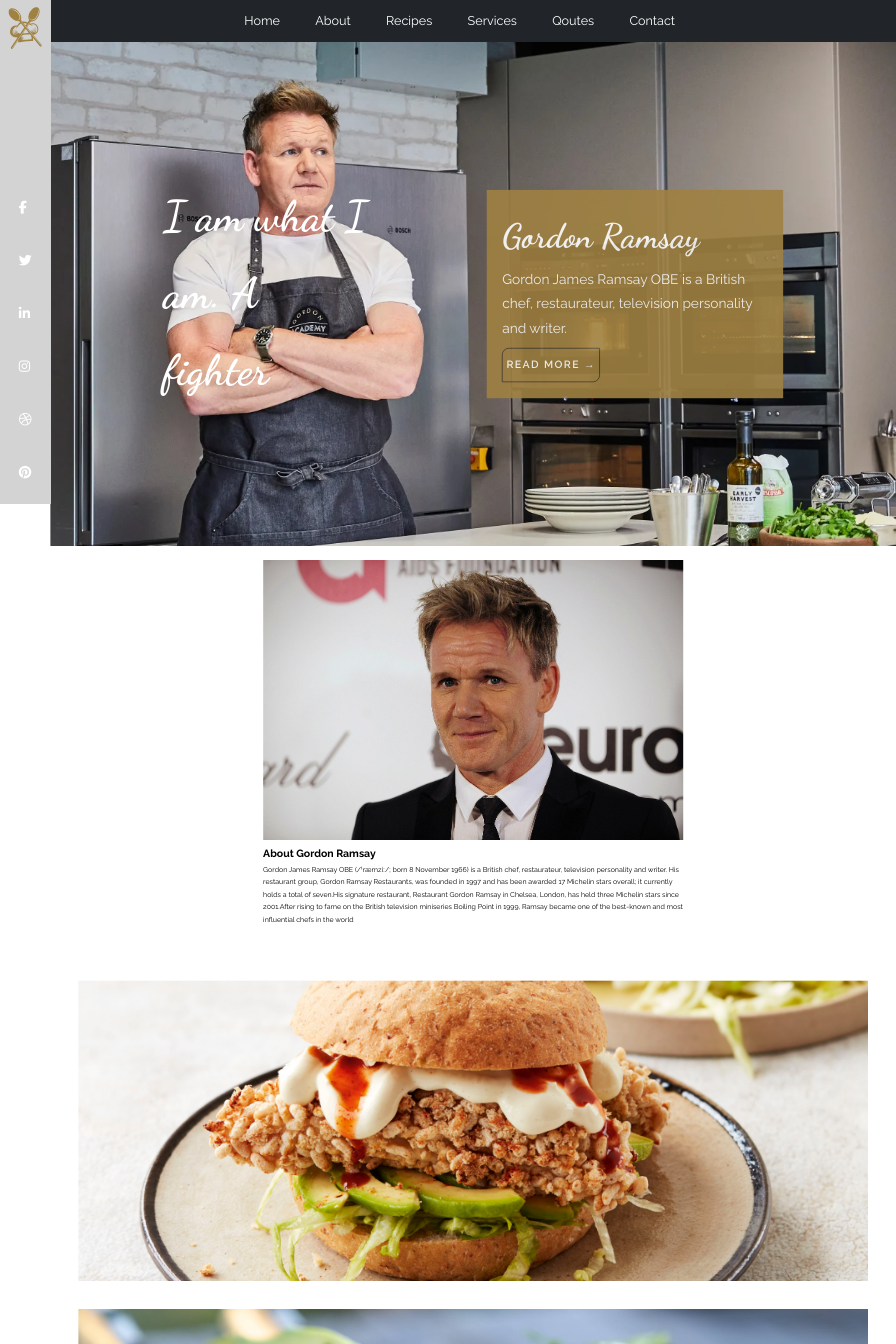
Repository: Esraa22M/Gordon-Ramsay-Biography
Page: index.html
The author's editor kept a copy of each file at every save. The page is drawn from the files as they stood at one save, then again after the next save.
The browser window is 1280 px wide. The pictures show the part of the page from y = 0 to 1920 px (the page is 4638 px tall), at 70% of full size.
Backgrounds fixed to the window are drawn as part of the page. Some web libraries are served in a nearby version.

Above is the page before, as saved 2022-12-14 05:54:24.

After the next save:
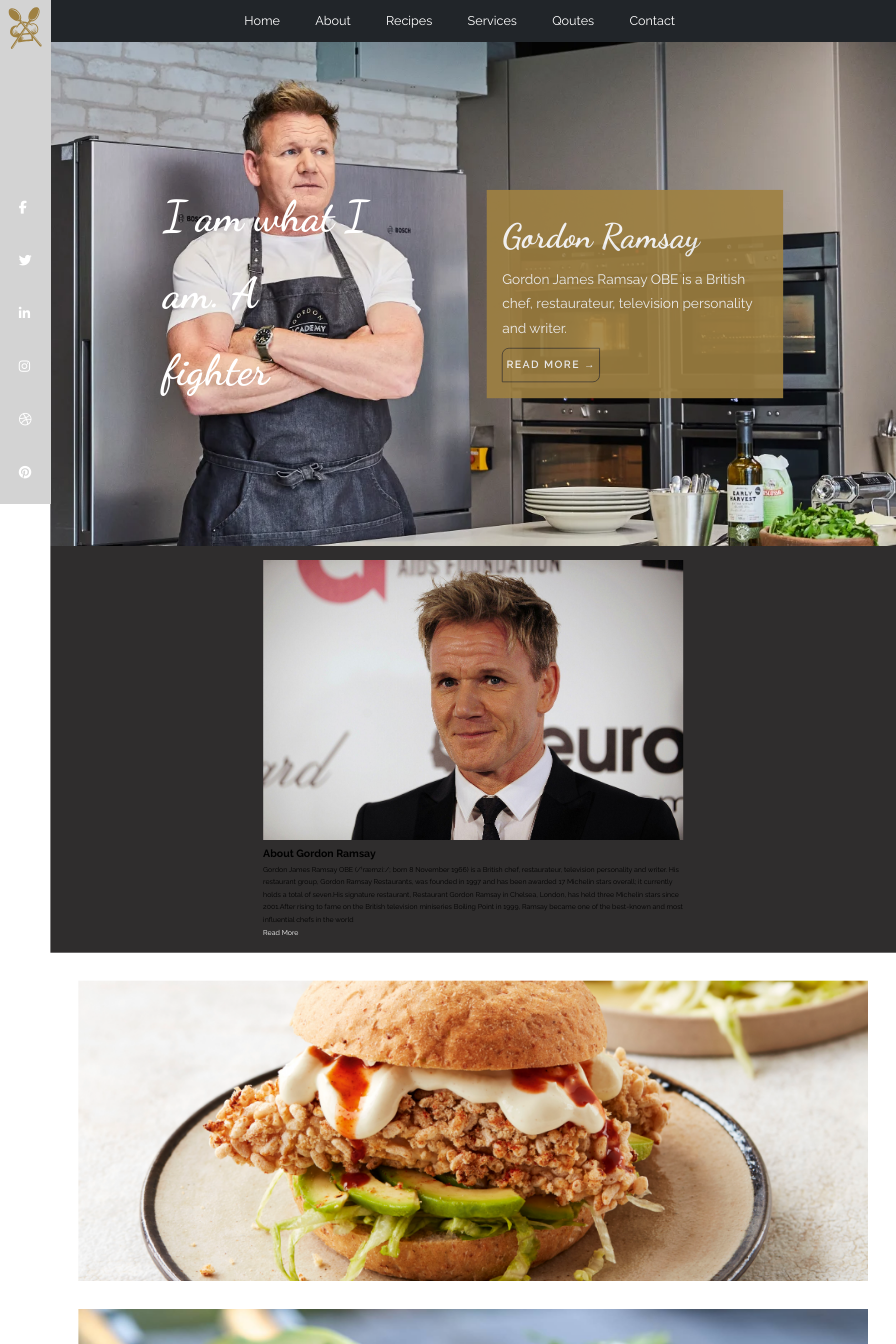
Saved 40 s later.
--- a/style.css
+++ b/style.css
@@ -246,6 +246,7 @@
   align-items: center;
   flex-wrap: wrap;
   padding: 2rem;
+  background-color: var(--clr-neutral-200);
 }
 .about-chef__img,.about-chef__content{
   flex-basis: 60rem;
